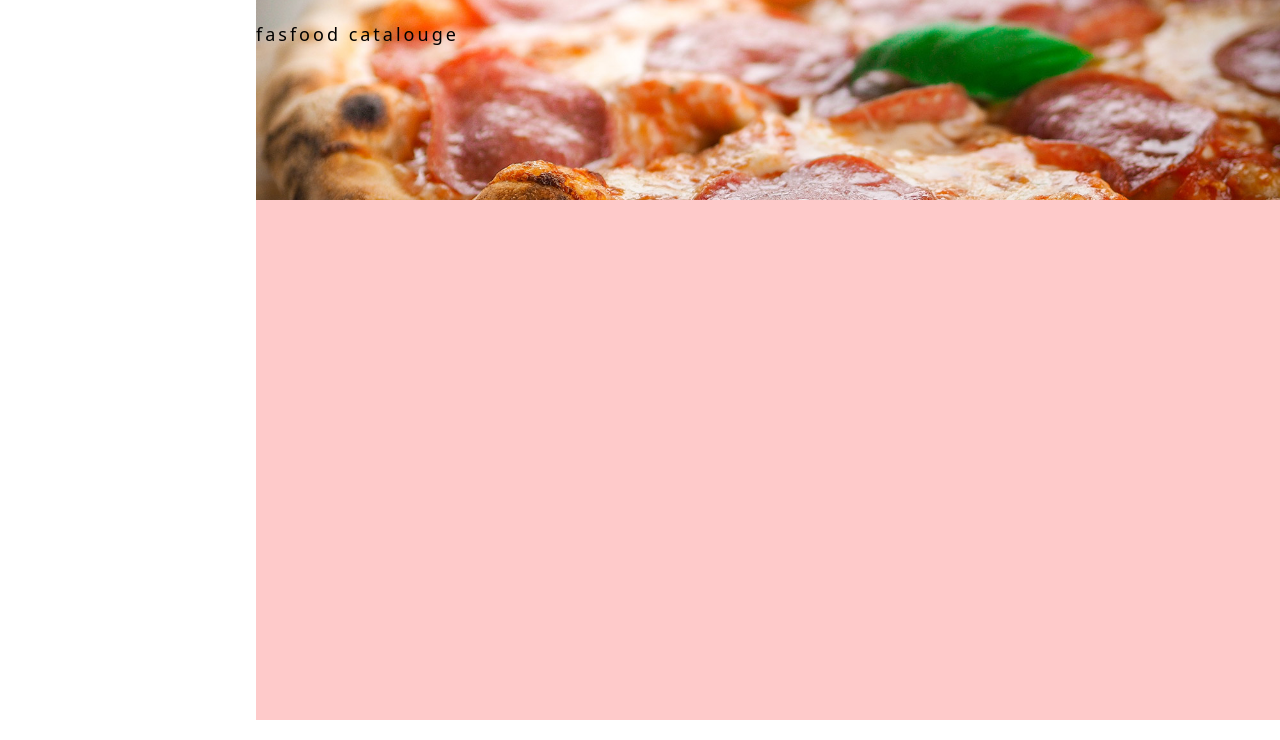
Repository: zahranaserii/FastFoodProject
Page: /
These files come from the project's save history. The page is drawn as it stood at one moment and after the next save; the edit follows.
The browser window is 1280 px wide. The pictures show the whole page.
The project was rebuilt for these pictures with package versions that can differ from the ones it lists, and the page was loaded fresh each time.

Above is the page before, as saved 2023-11-17 11:19:57.

After the next save:
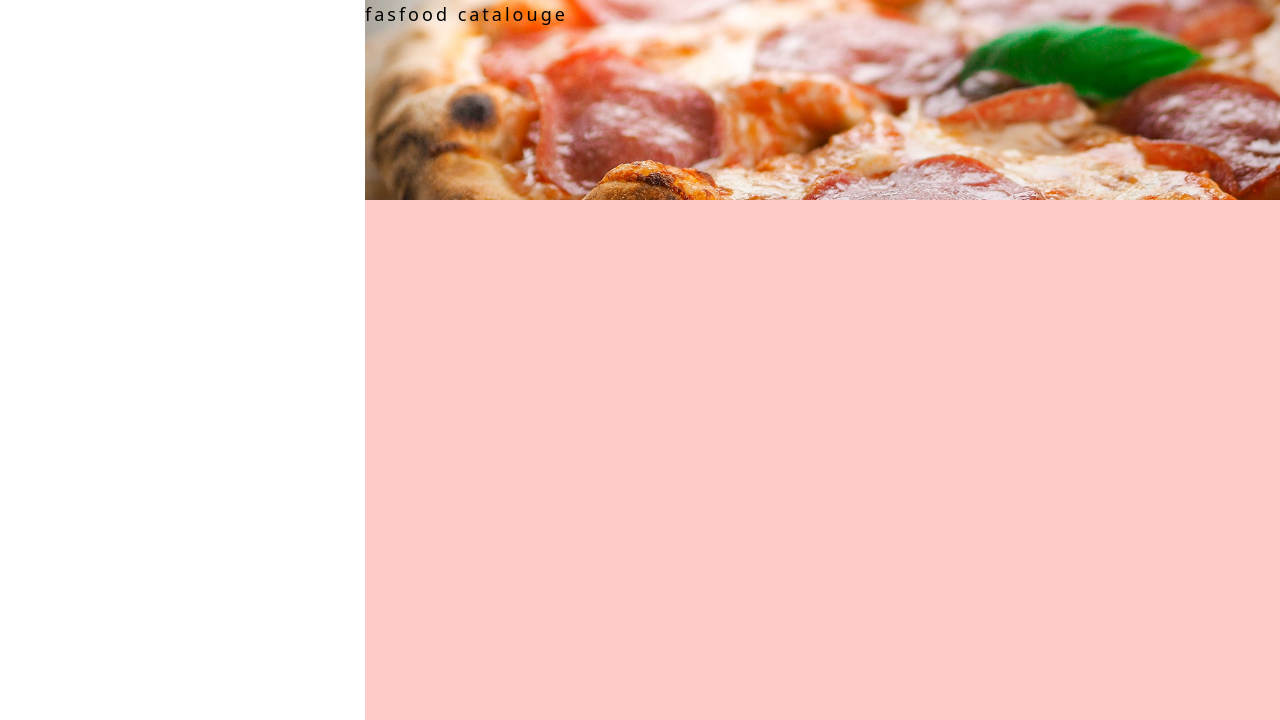
Saved 27 s later.
--- a/src/Header/Header.jsx
+++ b/src/Header/Header.jsx
@@ -2,7 +2,7 @@
 import "./header.css";
 const Header = () => {
   return (
-    <header className="bg-cover bg-center py-5">
+    <header className="bg-cover bg-center py-15">
       <div className="container">
         <h1 className="text-black text-lg text-end">fasfood catalouge</h1>
       </div>

After the 2 saves that followed:
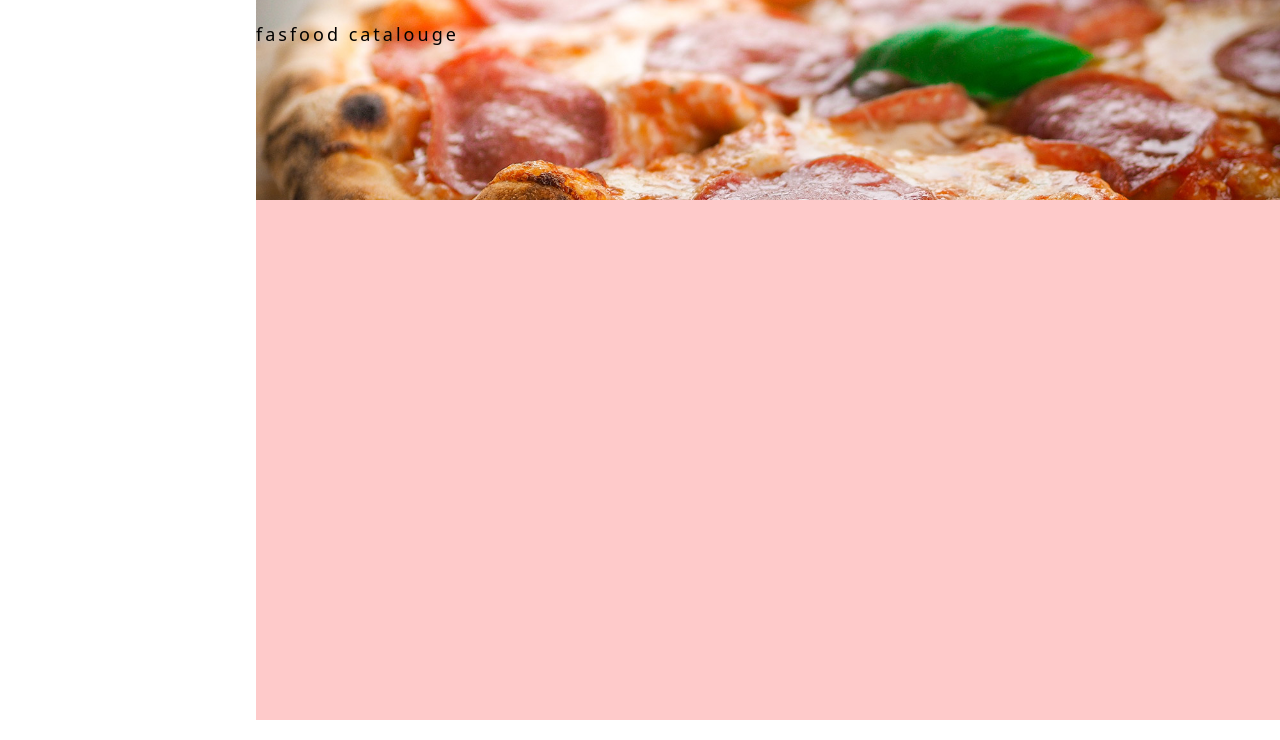
The 2 saves are shown as one change because 1 left the picture as it was.
The last was saved 35 s later.
--- a/src/Header/Header.jsx
+++ b/src/Header/Header.jsx
@@ -2,7 +2,7 @@
 import "./header.css";
 const Header = () => {
   return (
-    <header className="bg-cover bg-center py-15">
+    <header className="bg-cover bg-center pt-5">
       <div className="container">
         <h1 className="text-black text-lg text-end">fasfood catalouge</h1>
       </div>
